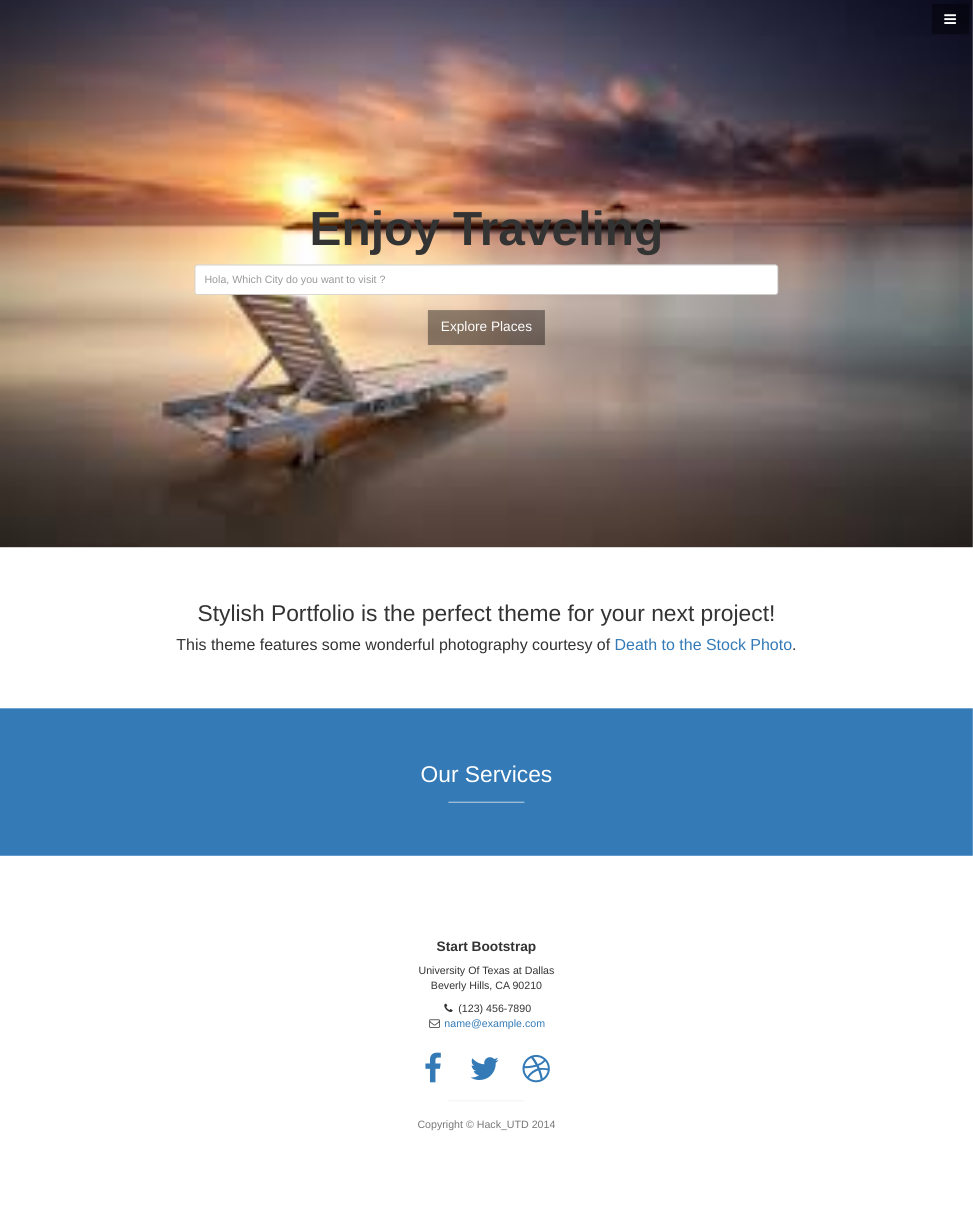
Repository: thomasronk/UTD_Hack
Page: http://localhost/route/Search
These files come from the project's save history. The page is drawn as it stood at one moment and after the next save; the edit follows.
The browser window is 1280 px wide. The pictures show the whole page, at 76% of full size.
Some web fonts or font styles are not loaded; a fallback is used. The page is served by Tomcat 9. Other server files are loaded and not shown.

Above is the page before, as saved 2015-01-18 11:51:11.

### UTDHackWorkSpace/route/WebContent/WEB-INF/main.jsp

<%@taglib prefix="c" uri="http://java.sun.com/jsp/jstl/core" %>
<html lang="en">

<head>

    <meta charset="utf-8">
    <meta http-equiv="X-UA-Compatible" content="IE=edge">
    <meta name="viewport" content="width=device-width, initial-scale=1">
    <meta name="description" content="">
    <meta name="author" content="">

    <title>Fun Voyage</title>

    <!-- Bootstrap Core CSS -->
    <!--<link href="css/bootstrap.min.css" rel="stylesheet">-->
	<link  rel="stylesheet" href="<c:url value="css/bootstrap.min.css" />" />
    <!-- Custom CSS -->
    <link href="css/stylish-portfolio.css" rel="stylesheet">

    <!-- Custom Fonts -->
    <link href="font-awesome/css/font-awesome.min.css" rel="stylesheet" type="text/css">
    <link href="http://fonts.googleapis.com/css?family=Source+Sans+Pro:300,400,700,300italic,400italic,700italic" rel="stylesheet" type="text/css">

    <!-- HTML5 Shim and Respond.js IE8 support of HTML5 elements and media queries -->
    <!-- WARNING: Respond.js doesn't work if you view the page via file:// -->
    <!--[if lt IE 9]>
        <script src="https://oss.maxcdn.com/libs/html5shiv/3.7.0/html5shiv.js"></script>
        <script src="https://oss.maxcdn.com/libs/respond.js/1.4.2/respond.min.js"></script>
    <![endif]-->

</head>

<body>

    <!-- Navigation -->
    <a id="menu-toggle" href="#" class="btn btn-dark btn-lg toggle"><i class="fa fa-bars"></i></a>
    <nav id="sidebar-wrapper">
        <ul class="sidebar-nav">
            <a id="menu-close" href="#" class="btn btn-light btn-lg pull-right toggle"><i class="fa fa-times"></i></a>
            <li class="sidebar-brand">
                <a href="#top">Start </a>
            </li>
            <li>
                <a href="#top">Home</a>
            </li>
            <li>
                <a href="#about">About</a>
            </li>
            <li>
                <a href="#services">Services</a>
            </li>
            <li>
                <a href="#portfolio">Portfolio</a>
            </li>
            <li>
                <a href="#contact">Contact</a>
            </li>
        </ul>
    </nav>

    <!-- Header -->
    <header id="top" class="header">

        <div class="text-vertical-center">
            <h1>Enjoy Traveling</h1>
            <!--  <h3>Free Bootstrap Themes &amp; Templates</h3>-->
            <input type="text" class="form-control" id="placeTextField" style="margin-left:20%;margin-top:1%;height:40px;width:60%;"placeholder="Hola, Which City do you want to visit ?"
                   name="place">

            <br>
            <a href="#about" class="btn btn-dark btn-lg">Explore Places</a>
        </div>
    </header>

    <!-- About -->
    <section id="about" class="about">
        <div class="container">
            <div class="row">
                <div class="col-lg-12 text-center">
                    <h2>Stylish Portfolio is the perfect theme for your next project!</h2>
                    <p class="lead">This theme features some wonderful photography courtesy of <a target="_blank" href="http://join.deathtothestockphoto.com/">Death to the Stock Photo</a>.</p>
                </div>
            </div>
            <!-- /.row -->
        </div>
        <!-- /.container -->
    </section>

    <section id="services" class="services bg-primary">
        <div class="container">
            <div  class="row text-center">
                <div class="col-lg-10 col-lg-offset-1">
                    <h2>Our Services</h2>
                    <hr class="small">
                    <div id="divToBePopulated" class="row">

                    </div>
                    <!-- /.row (nested) -->
                </div>
                <!-- /.col-lg-10 -->
            </div>
            <!-- /.row -->
        </div>
        <!-- /.container -->
    </section>



	<footer>
        <div class="container">
            <div class="row">
                <div class="col-lg-10 col-lg-offset-1 text-center">
                    <h4><strong>Start Bootstrap</strong>
                    </h4>
                    <p>University Of Texas at Dallas<br>Beverly Hills, CA 90210</p>
                    <ul class="list-unstyled">
                        <li><i class="fa fa-phone fa-fw"></i> (123) 456-7890</li>
                        <li><i class="fa fa-envelope-o fa-fw"></i>  <a href="mailto:name@example.com">name@example.com</a>
                        </li>
                    </ul>
                    <br>
                    <ul class="list-inline">
                        <li>
                            <a href="#"><i class="fa fa-facebook fa-fw fa-3x"></i></a>
                        </li>
                        <li>
                            <a href="#"><i class="fa fa-twitter fa-fw fa-3x"></i></a>
                        </li>
                        <li>
                            <a href="#"><i class="fa fa-dribbble fa-fw fa-3x"></i></a>
                        </li>
                    </ul>
                    <hr class="small">
                    <p class="text-muted">Copyright &copy; Hack_UTD 2014</p>
                </div>
            </div>
        </div>
    </footer>

    <!-- jQuery -->
    <script src="js/jquery.js"></script>

    <!-- Bootstrap Core JavaScript -->
    <script src="js/bootstrap.min.js"></script>

    <!-- Custom Theme JavaScript -->
    <script>
    // Closes the sidebar menu
    $("#menu-close").click(function(e) {
        e.preventDefault();
        $("#sidebar-wrapper").toggleClass("active");
    });

    // Opens the sidebar menu
    $("#menu-toggle").click(function(e) {
        e.preventDefault();
        $("#sidebar-wrapper").toggleClass("active");
    });

    // Scrolls to the selected menu item on the page
    $(function() {
    	var images = ["bg0.jpg", "bg1.jpg"];
    	var cnt = 0;
    	//setInterval(function () {
    		//console.log("hi");
    	    //cnt == images.length-1 ? cnt = 0 : ++cnt;
    	    //var url = "img/"+images[cnt];

    	   // $(".header").css("background-image", "url(" + url + ")");
    	    //$(".header").css("background-repeat", "no-repeat");
    	    //$(".header").css("background-position", "center center");
    	    //$(".header").css("background-attachment", "scroll");
    	    //$(".header").css("background", background);
    	//}, 3000);

    	//setInterval(function() {
    		//  $('.header img')
    		  //  .fadeOut(1000);
    		  //cnt == images.length-1 ? cnt = 0 : ++cnt;
      	    //var url = "img/"+images[cnt];

    		  //  $(".header").css("background-image", "url(" + url + ")");
    		 // $('.header img')
  		    //.fadeIn(1000);

    		//},  3000);
    	setInterval(function() {
    	$(".header").animate(1000,function(){
    		cnt == images.length-1 ? cnt = 0 : ++cnt;
       	    var url = "img/"+images[cnt];
       	    $(".header").css("background-image", "url(" + url + ")").animate();
    	 });
    	},  3000);

        $('a[href*=#]:not([href=#])').click(function() {
            if (location.pathname.replace(/^\//, '') == this.pathname.replace(/^\//, '') || location.hostname == this.hostname) {

                var target = $(this.hash);
                target = target.length ? target : $('[name=' + this.hash.slice(1) + ']');
                if (target.length) {
                    $('html,body').animate({
                        scrollTop: target.offset().top
                    }, 1000);
                    jQuery("#placeTextFieldShowHere").text("Hang out places in "+jQuery("#placeTextField").val());

                    var placesTextFieldValue = jQuery("#placeTextField").val();
                    jQuery.getJSON("/route/Place", {place : decodeURIComponent(placesTextFieldValue)},function(returnedData){
                        if(returnedData) {
                            var len = returnedData.length;
                            if(len>0){
                                for(var i=0;i<len;i++){
                                    var divToAppend = "<div class=\"col-md-3 col-sm-6\"><div class=\"service-item\"><span class=\"fa-stack fa-4x\"><img class=\"fa-stack-2x text-primary\" src=\""+returnedData[i].imgUrl+"\"/></span><h4><strong>"+returnedData[i].placeName+"</strong></h4><p>"+returnedData[i].address+"</p><input type=\"checkbox\" class=\"checkedPlaces\ value=\""+returnedData[i].id+"\"/><span style=\"display: none\">"+returnedData[i].id+"</span><span style=\"display: none\">"+returnedData[i].rating+"</span><span style=\"display: none\">"+returnedData[i].timeSpent+"</span><span style=\"display: none\">"+returnedData[i].cost+"</span>";
                                    jQuery("#divToBePopulated").append(divToAppend);
                                }
                            }
                        }
                    });
                    return false;
                }
            }
        });
    });
    </script>

</body>

</html>

### UTDHackWorkSpace/route/src/com/src/utdhack/Search.java
package com.src.utdhack;

import java.io.IOException;
import javax.servlet.ServletException;
import javax.servlet.annotation.WebServlet;
import javax.servlet.http.HttpServlet;
import javax.servlet.http.HttpServletRequest;
import javax.servlet.http.HttpServletResponse;

/**
 * Servlet implementation class Search
 */
@WebServlet("/Search")
public class Search extends HttpServlet {
	private static final long serialVersionUID = 1L;

    /**
     * @see HttpServlet#HttpServlet()
     */
    public Search() {
        super();
        // TODO Auto-generated constructor stub
    }

	/**
	 * @see HttpServlet#doGet(HttpServletRequest request, HttpServletResponse response)
	 */
	protected void doGet(HttpServletRequest request, HttpServletResponse response) throws ServletException, IOException {
		// TODO Auto-generated method stub
		System.out.println("I am in Search Page");
		//response.getWriter().println("Hello Friend!!!");
		request.getRequestDispatcher("/WEB-INF/main.jsp").forward(request, response);
	}

	/**
	 * @see HttpServlet#doPost(HttpServletRequest request, HttpServletResponse response)
	 */
	protected void doPost(HttpServletRequest request, HttpServletResponse response) throws ServletException, IOException {
		// TODO Auto-generated method stub
	}

}

### UTDHackWorkSpace/route/WebContent/css/stylish-portfolio.css
/*!
 * Start Bootstrap - Stylish Portfolio Bootstrap Theme (http://startbootstrap.com)
 * Code licensed under the Apache License v2.0.
 * For details, see http://www.apache.org/licenses/LICENSE-2.0.
 */

/* Global Styles */

html,
body {
    width: 100%;
    height: 100%;
}

body {
    font-family: "Source Sans Pro","Helvetica Neue",Helvetica,Arial,sans-serif;
}

.text-vertical-center {
    display: table-cell;
    text-align: center;
    vertical-align: middle;
}

.text-vertical-center h1 {
    margin: 0;
    padding: 0;
    font-size: 4.5em;
    font-weight: 700;
}

/* Custom Button Styles */

.btn-dark {
    border-radius: 0;
    color: #fff;
    background-color: rgba(0,0,0,0.4);
}

.btn-dark:hover,
.btn-dark:focus,
.btn-dark:active {
    color: #fff;
    background-color: rgba(0,0,0,0.7);
}

.btn-light {
    border-radius: 0;
    color: #333;
    background-color: rgb(255,255,255);
}

.btn-light:hover,
.btn-light:focus,
.btn-light:active {
    color: #333;
    background-color: rgba(255,255,255,0.8);
}

/* Custom Horizontal Rule */

hr.small {
    max-width: 100px;
}

/* Side Menu */

#sidebar-wrapper {
    z-index: 1000;
    position: fixed;
    right: 0;
    width: 250px;
    height: 100%;
    margin-right: -250px;
    overflow-y: auto;
    background: #222;
    -webkit-transition: all 0.4s ease 0s;
    -moz-transition: all 0.4s ease 0s;
    -ms-transition: all 0.4s ease 0s;
    -o-transition: all 0.4s ease 0s;
    transition: all 0.4s ease 0s;
}

.sidebar-nav {
    position: absolute;
    top: 0;
    width: 250px;
    margin: 0;
    padding: 0;
    list-style: none;
}

.sidebar-nav li {
    text-indent: 20px;
    line-height: 40px;
}

.sidebar-nav li a {
    display: block;
    text-decoration: none;
    color: #999;
}

.sidebar-nav li a:hover {
    text-decoration: none;
    color: #fff;
    background: rgba(255,255,255,0.2);
}

.sidebar-nav li a:active,
.sidebar-nav li a:focus {
    text-decoration: none;
}

.sidebar-nav > .sidebar-brand {
    height: 55px;
    font-size: 18px;
    line-height: 55px;
}

.sidebar-nav > .sidebar-brand a {
    color: #999;
}

.sidebar-nav > .sidebar-brand a:hover {
    color: #fff;
    background: none;
}

#menu-toggle {
    z-index: 1;
    position: fixed;
    top: 0;
    right: 0;
}

#sidebar-wrapper.active {
    right: 250px;
    width: 250px;
    -webkit-transition: all 0.4s ease 0s;
    -moz-transition: all 0.4s ease 0s;
    -ms-transition: all 0.4s ease 0s;
    -o-transition: all 0.4s ease 0s;
    transition: all 0.4s ease 0s;
}

.toggle {
    margin: 5px 5px 0 0;
}

/* Header */

.header {
    display: table;
    position: relative;
    width: 100%;
    height: 100%;
    background-image: url(../img/bg0.jpg);
    background-repeat: no-repeat;
    background-position:center center;
    background-attachment: scroll;
    -webkit-background-size: cover;
    -moz-background-size: cover;
    background-size: cover;
    -o-background-size: cover;
}

/* About */

.about {
    padding: 50px 0;
}

/* Services */

.services {
    padding: 50px 0;
}

.service-item {
    margin-bottom: 30px;
}

/* Callout */

.callout {
    display: table;
    width: 100%;
    height: 400px;
    color: #fff;
    background: url(../img/callout.jpg) no-repeat center center scroll;
    -webkit-background-size: cover;
    -moz-background-size: cover;
    background-size: cover;
    -o-background-size: cover;
}

/* Portfolio */

.portfolio {
    padding: 50px 0;
}

.portfolio-item {
    margin-bottom: 30px;
}

.img-portfolio {
    margin: 0 auto;
}

.img-portfolio:hover {
    opacity: 0.8;
}

/* Call to Action */

.call-to-action {
    padding: 50px 0;
}

.call-to-action .btn {
    margin: 10px;
}

/* Map */

.map {
    height: 500px;
}

@media(max-width:768px) {
    .map {
        height: 75%;
    }
}

/* Footer */

footer {
    padding: 100px 0;
}

Loaded but not shown: UTDHackWorkSpace/route/WebContent/css/bootstrap.min.css (library); UTDHackWorkSpace/route/WebContent/font-awesome/css/font-awesome.min.css (library); UTDHackWorkSpace/route/WebContent/js/jquery.js (library); UTDHackWorkSpace/route/WebContent/js/bootstrap.min.js (library)

After the next save:
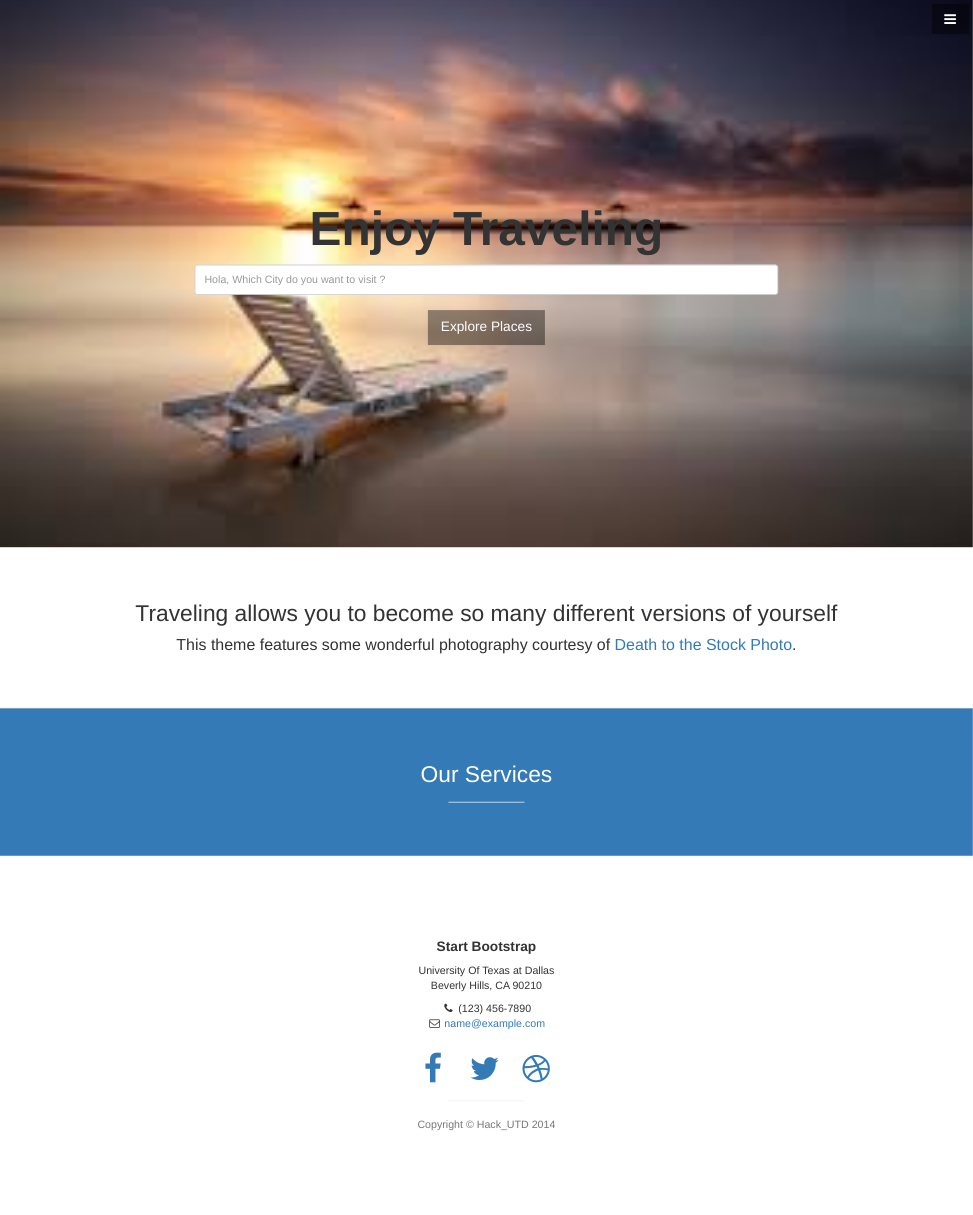
Saved 7 min 16 s later.
--- a/UTDHackWorkSpace/route/WebContent/WEB-INF/main.jsp
+++ b/UTDHackWorkSpace/route/WebContent/WEB-INF/main.jsp
@@ -78,7 +78,7 @@
         <div class="container">
             <div class="row">
                 <div class="col-lg-12 text-center">
-                    <h2>Stylish Portfolio is the perfect theme for your next project!</h2>
+                    <h2>Traveling allows you to become so many different versions of yourself</h2>
                     <p class="lead">This theme features some wonderful photography courtesy of <a target="_blank" href="http://join.deathtothestockphoto.com/">Death to the Stock Photo</a>.</p>
                 </div>
             </div>
